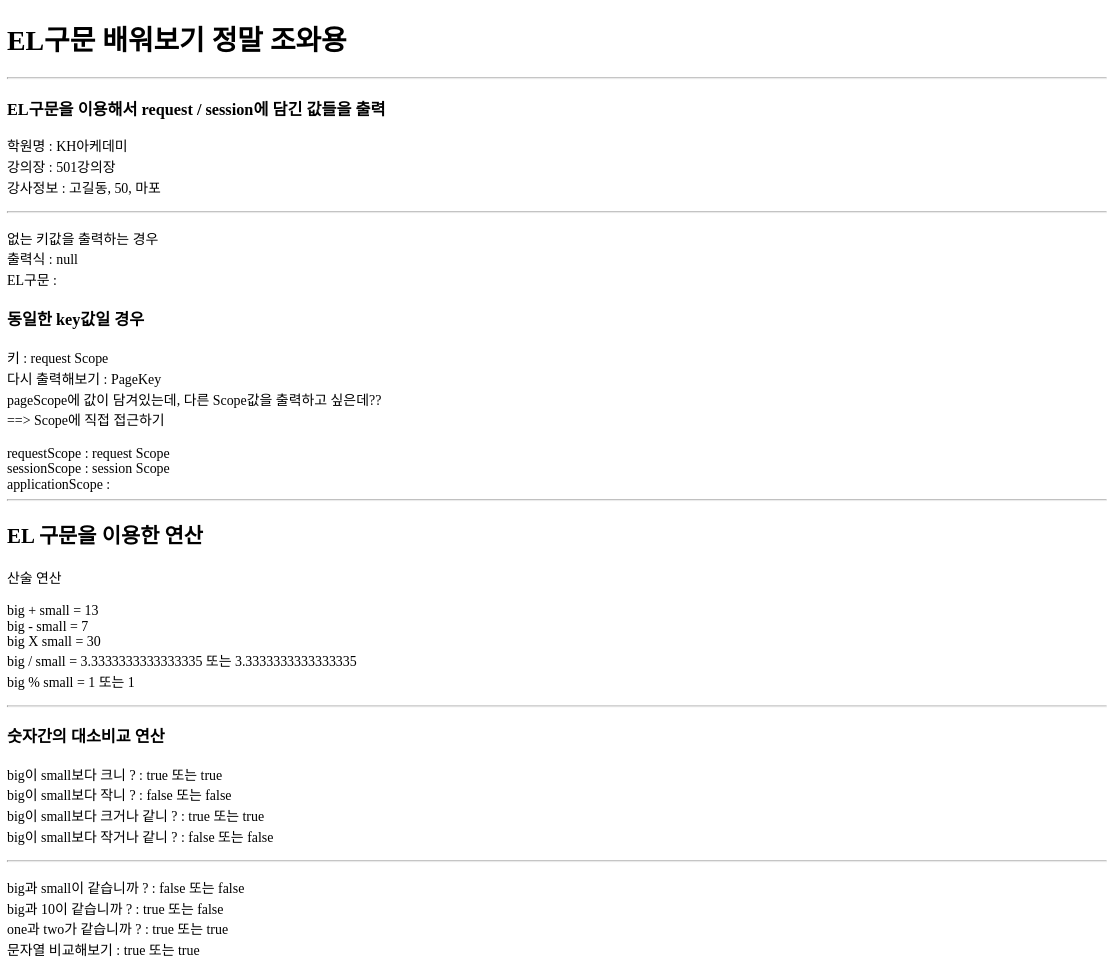
Repository: ghksl0204-shapa/dynamic-web
Page: http://localhost/ActionProject/el.do
The author's editor kept a copy of each file at every save. The page is drawn from the files as they stood at one save, then again after the next save.
The browser window is 1280 px wide. The pictures show the whole page, at 87% of full size.
The page is served by Tomcat 9. Other server files are loaded and not shown.

Above is the page before, as saved 2026-05-06 06:40:19.

### ActionProject/src/main/webapp/WEB-INF/views/01_el.jsp
<%@ page language="java" contentType="text/html; charset=UTF-8"
    pageEncoding="UTF-8"%>
<%@ page import="com.kh.el.model.dto.Person" %>
<!DOCTYPE html>
<html>
<head>
<meta charset="UTF-8">
<title>UltraSuperPower JSP</title>
</head>
<body>

	<h1>EL구문 배워보기 정말 조와용</h1>

	<%--
	<!--

	<%
		String classRoom = (String)request.getAttribute("classRoom");
		Person student = (Person)request.getAttribute("student");

		String academy = (String)session.getAttribute("academy");
		Person lecture = (Person)session.getAttribute("lecture");
	%>

	<p>
		학원명 : <%= academy %> <br>
		강의장 : <%= classRoom %> <br>
		강사정보 : <%= lecture.getName() %>, <%= lecture.getAge() %>, <%= lecture.getAddress() %> <br><br>

		수강생 정보
		<ul>
			<li>이름 : <%= student.getName() %></li>
			<li>나이 : <%= student.getAge() %></li>
			<li>주소 : <%= student.getAddress() %></li>
		</ul>
	</p>
	-->
	--%>

	<hr>

	<h3>EL구문을 이용해서 request / session에 담긴 값들을 출력</h3>

	<p>
		학원명 : ${ academy } <br>
		강의장 : ${ classRoom } <br>
		강사정보 : ${ lecture.name }, ${ lecture.age }, ${ lecture.address } <br>

		<!--
			실제로 필드에 직접 접근 하는것은 불가능
			.name => getName()
			내부적으로 getter메소드를 찾아서 호출해서 값을 출력하는 구조
		 -->
	</p>

	<hr>

	<p>
		없는 키값을 출력하는 경우 <br>

		출력식 : <%= request.getAttribute("clasRoom") %> <br>
		EL구문 : ${ clasRoom } <br>
	</p>

	<h3>동일한 key값일 경우</h3>

	키 : ${ key } <br>

	<%
		// page Scope 에 추가
		pageContext.setAttribute("key", "PageKey");
	%>

	다시 출력해보기 : ${ key } <br>

	<!--
		EL구문은 가장 작은 범위의 scope부터 키값을 찾음
		page => request => session => application순으로 키 값을 검색

		모든 영역을 다 찾았는데 키가 존재하지 않는다 ? => 아무일도 일어나지 않음 오류 안남
	 -->

	 pageScope에 값이 담겨있는데, 다른 Scope값을 출력하고 싶은데?? <br>

	 ==> Scope에 직접 접근하기 <br><br>

	 requestScope : ${ requestScope.key } <br>
	 sessionScope : ${ sessionScope.key } <br>
	 applicationScope : ${ applicationScope.key } <br>

	 <hr>

	 <h2>EL 구문을 이용한 연산</h2>

	 <p>
	 	산술 연산 <br><br>

	 	big + small = ${ big + small }<br>
	 	big - small = ${ big - small }<br>
	 	big X small = ${ big * small }<br>
	 	big / small = ${ big / small } 또는 ${ big div small }<br>
	 	big % small = ${ big % small } 또는 ${ big mod small }<br>
	 </p>

	 <hr>

	 <h3>숫자간의 대소비교 연산</h3>

	 <p>
	 	big이 small보다 크니 ? : ${ big > small } 또는 ${ big gt small }<br>
	 	big이 small보다 작니 ? : ${ big < small } 또는 ${ bit lt small }<br>
	 	big이 small보다 크거나 같니 ? : ${ big >= small } 또는 ${ big ge small }<br>
	 	big이 small보다 작거나 같니 ? : ${ big <= small } 또는 ${ big le small }<br>
	 </p>

	 <hr>

	 <p>
	 	big과 small이 같습니까 ? : ${ big == small } 또는 ${ big eq small } <br>
	 	big과 10이 같습니까 ? : ${ big eq 10 } 또는 ${ big ne 10 } <br>

	 	one과 two가 같습니까 ? : ${ strOne == strTwo } 또는 ${ strOne eq strTwo } <br>
	 	문자열 비교해보기 : ${ strOne == '안녕' } 또는 ${ strOne == "안녕" } <br>
	 </p>
























</body>
</html>

### ActionProject/src/main/java/com/kh/el/controller/ElServlet.java
package com.kh.el.controller;

import java.io.IOException;
import java.util.ArrayList;

import javax.servlet.ServletException;
import javax.servlet.annotation.WebServlet;
import javax.servlet.http.HttpServlet;
import javax.servlet.http.HttpServletRequest;
import javax.servlet.http.HttpServletResponse;
import javax.servlet.http.HttpSession;

import com.kh.el.model.dto.Person;

@WebServlet("/el.do")
public class ElServlet extends HttpServlet {
	private static final long serialVersionUID = 1L;

    public ElServlet() {
        super();
    }

	protected void doGet(HttpServletRequest request, HttpServletResponse response) throws ServletException, IOException {
		// 만약 서블릿에서 응답할 데이터가 존재 한다면!!!
		// JSP로 포워딩을 할 때 request.setAttribute("name값", "value값") -> forward ~~
		// request -> Servlet 내장객체 / Scope 객체

		// application / session / request / page

		/*
		 * 1. application scope : ServletContext
		 * 한 애플리케이션 당, 딱 한개 존재하는 객체
		 * 이 영역에 데이터를 담으면 애플리케이션 전역에서 사용 가능
		 *
		 *
		 * 2. session scope : HttpSession
		 * 하나의 브라우저 당, 한 개 존재하는 객체
		 * 이 영역에 데이터를 담으면 JSP / Servlet 단에서 사용 가능
		 * 값이 한 번 담기면 서버를 멈추건, 세션을 비우거나, 브라우저가 닫히기 전까지는 계속 사용 가능
		 *
		 * 3. request scope : HttpServletRequest
		 * 요청 및 응답 시 매법 생성되는 객체
		 * 이 영역에 데이터를 담으면 해당 request 를 포워딩 받는 응답 JSP 에서만 사용가능 (1회성)
		 *
		 * 4. page scope : PageContext
		 * JSP페이지에서만 사용가능
		 *
		 * => 위 객체들에 속성을 추가할 때는 .setAttribute("name값", 벨류);
		 * 							  .getAttribute("namer값");
		 * 							  .removeAttribute("name값");
		 */
		// DTO(VO) 한 개, List<DTO>, int, String

		request.setAttribute("classRoom", "501강의장");
		request.setAttribute("student", new Person("홍길동", 15, "한양"));

		// sessionScope
		HttpSession session = request.getSession();
		session.setAttribute("academy", "KH아케데미");
		session.setAttribute("lecture", new Person("고길동", 50, "마포"));

		request.setAttribute("key", "request Scope");
		session.setAttribute("key", "session Scope");

		// 숫자
		request.setAttribute("small", 3);
		request.setAttribute("big", 10);

		// 문자열
		request.setAttribute("strOne", "안녕");
		request.setAttribute("strTwo", new String("안녕"));

		// 객체
		request.setAttribute("obj", new Person("콩쥐", 20, "콩쥐네"));

		// 리스트
		request.setAttribute("list", new ArrayList());

		// 응답 뷰 배정 -> 포워딩
		request.getRequestDispatcher("/WEB-INF/views/01_el.jsp").forward(request, response);


	}

	protected void doPost(HttpServletRequest request, HttpServletResponse response) throws ServletException, IOException {
		doGet(request, response);
	}




















}

### ActionProject/src/main/java/com/kh/el/model/dto/Person.java
package com.kh.el.model.dto;

public class Person {

	private String name;
	private int age;
	private String address;

	public Person() {
		super();
	}

	public Person(String name, int age, String address) {
		super();
		this.name = name;
		this.age = age;
		this.address = address;
	}

	public String getName() {
		return name;
	}

	public void setName(String name) {
		this.name = name;
	}

	public int getAge() {
		return age;
	}

	public void setAge(int age) {
		this.age = age;
	}

	public String getAddress() {
		return address;
	}

	public void setAddress(String address) {
		this.address = address;
	}

	@Override
	public String toString() {
		return "Person [name=" + name + ", age=" + age + ", address=" + address + "]";
	}

}

After the next save:
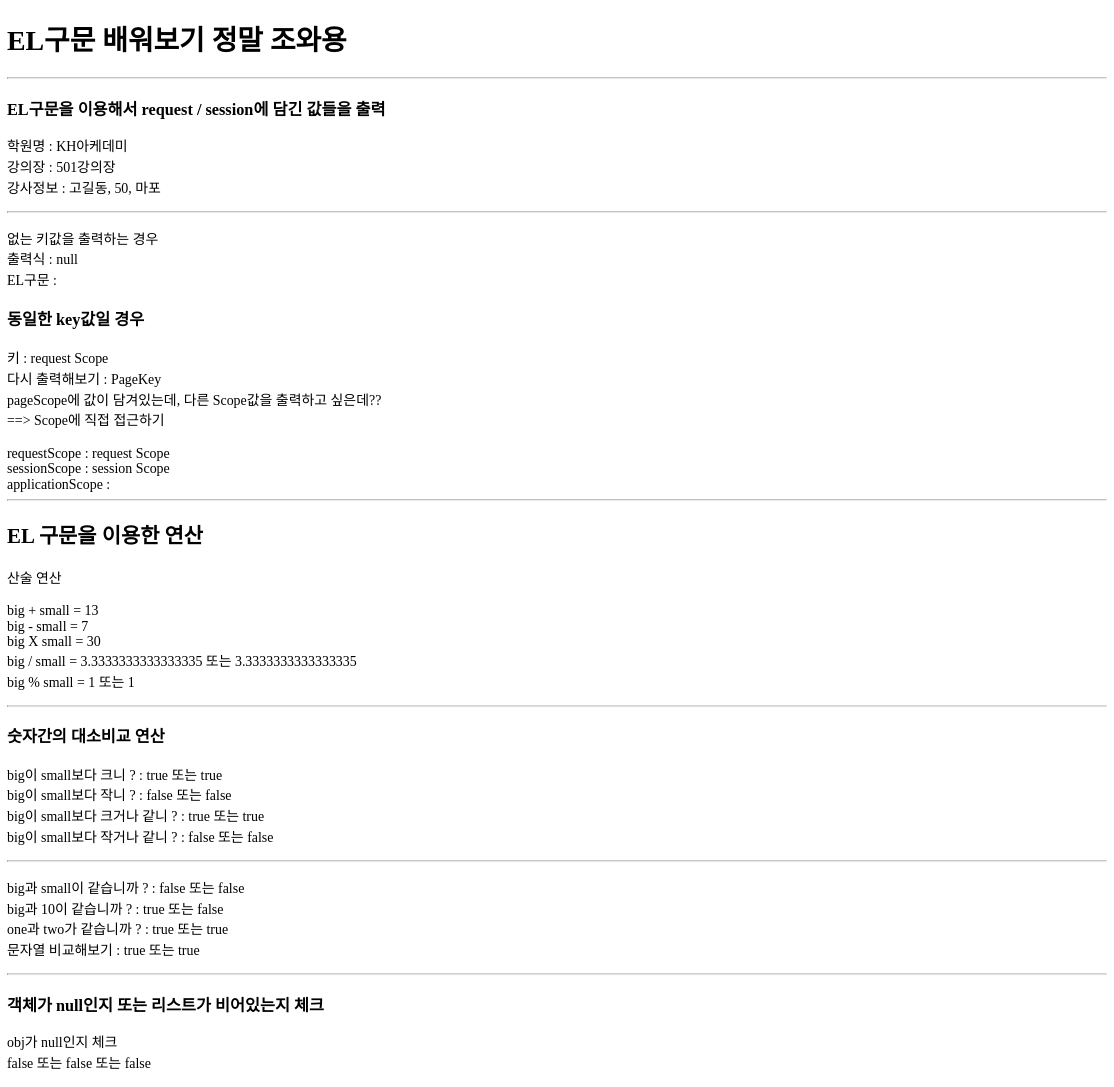
Saved 2 min 35 s later.
--- a/ActionProject/src/main/webapp/WEB-INF/views/01_el.jsp
+++ b/ActionProject/src/main/webapp/WEB-INF/views/01_el.jsp
@@ -123,6 +123,17 @@
 	 	문자열 비교해보기 : ${ strOne == '안녕' } 또는 ${ strOne == "안녕" } <br>
 	 </p>
 
+	<hr>
+
+	<h3>객체가 null인지 또는 리스트가 비어있는지 체크</h3>
+
+	<%-- if(list.isEmpty() --%>
+
+	<p>
+		obj가 null인지 체크 <br>
+		${ obj == null } 또는 ${ obj eq null } 또는 ${ empty obj } <br>
+	</p>
+
 
 
 
